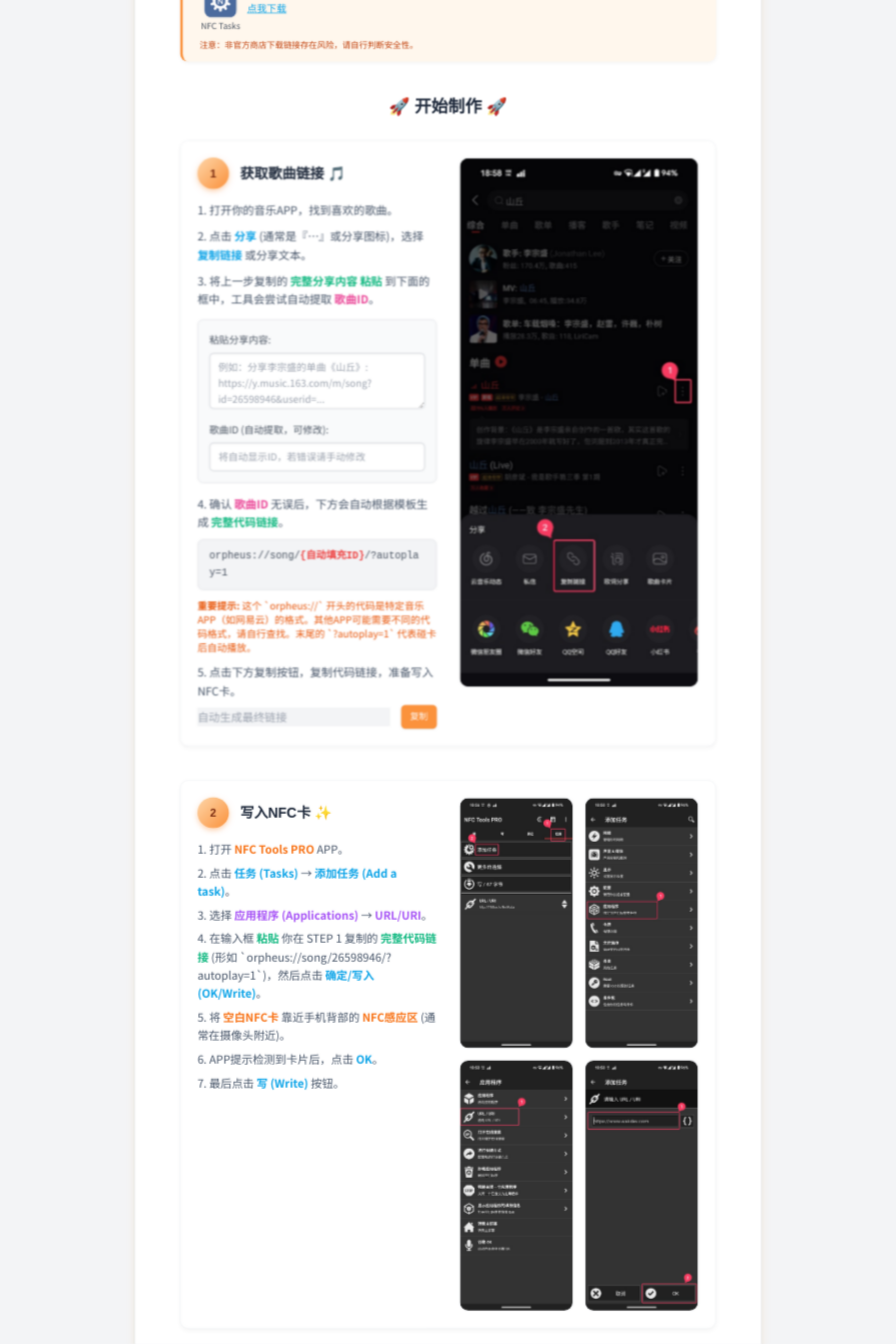
Repository: jememouse/nfc-music-card
Page: andriod-nfc.html
An editor plug-in stored every save of this project. The page is shown before and after the next save, followed by the edit.
The browser window is 1280 px wide. The pictures show the part of the page from y = 460 to 2380 px (the page is 2695 px tall), at 70% of full size.
Some web fonts or font styles are not loaded; a fallback is used. Some web libraries are served in a nearby version.

Above is the page before, as saved 2025-04-30 15:36:38.

After the next save:
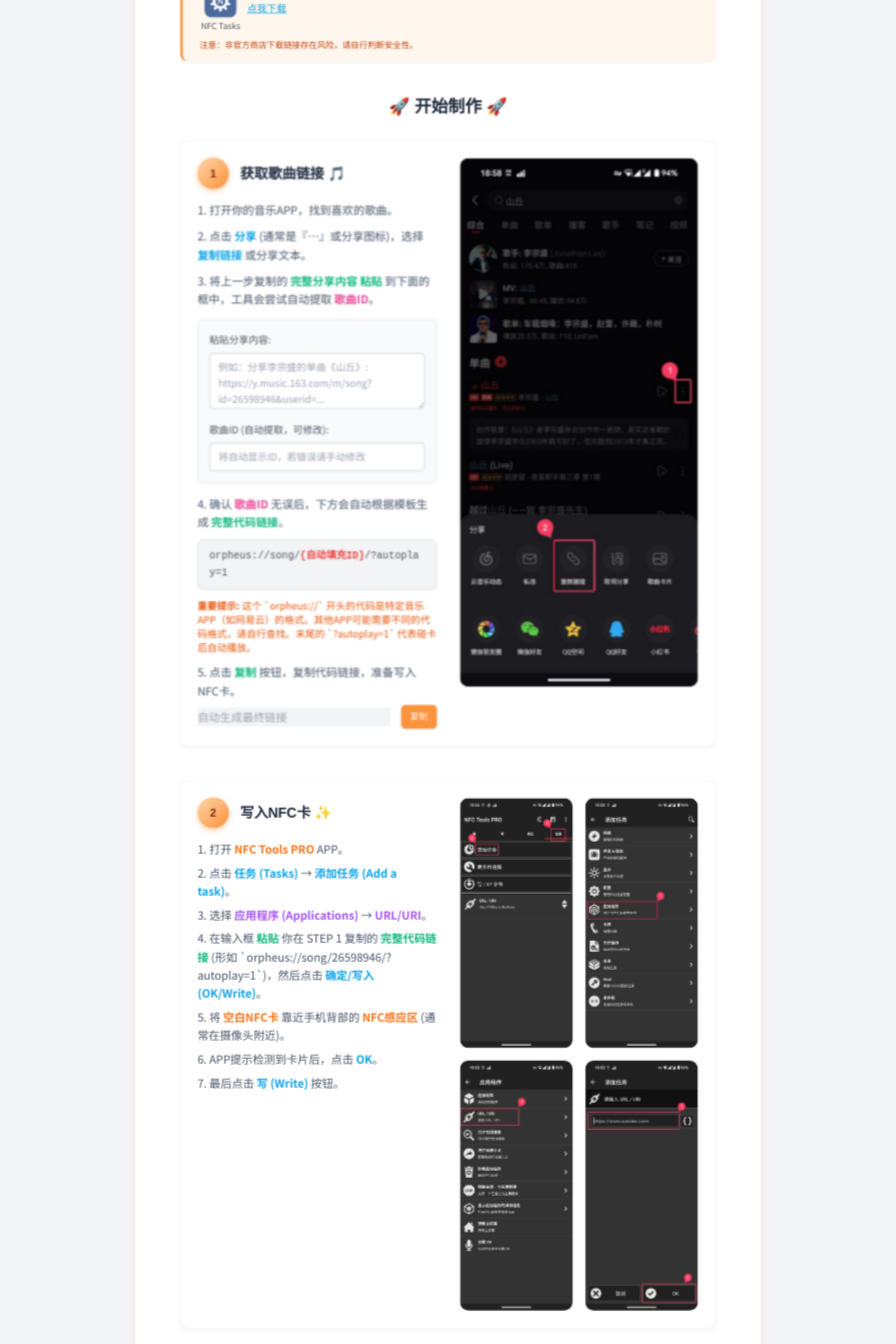
Saved 16 s later.
--- a/andriod-nfc.html
+++ b/andriod-nfc.html
@@ -392,7 +392,7 @@
                              <div class="code-block">orpheus://song/<strong>{自动填充ID}</strong>/?autoplay=1</div>
                              <div class="text-sm text-orange-600 my-2"><strong>重要提示:</strong> 这个 `orpheus://` 开头的代码是特定音乐APP（如网易云）的格式。其他APP可能需要不同的代码格式，请自行查找。末尾的 `?autoplay=1` 代表碰卡后自动播放。</div>
                         </li>
-                        <li>点击下方复制按钮，复制代码链接，准备写入NFC卡。
+                        <li>点击 <strong class="accent-green">复制</strong> 按钮，复制代码链接，准备写入NFC卡。
                             <div class="flex items-center mt-2">
                                 <input type="text" id="finalLinkOutput" readonly placeholder="自动生成最终链接" class="flex-grow mr-2">
                                 <button id="copyButton" class="copy-button">复制</button>
